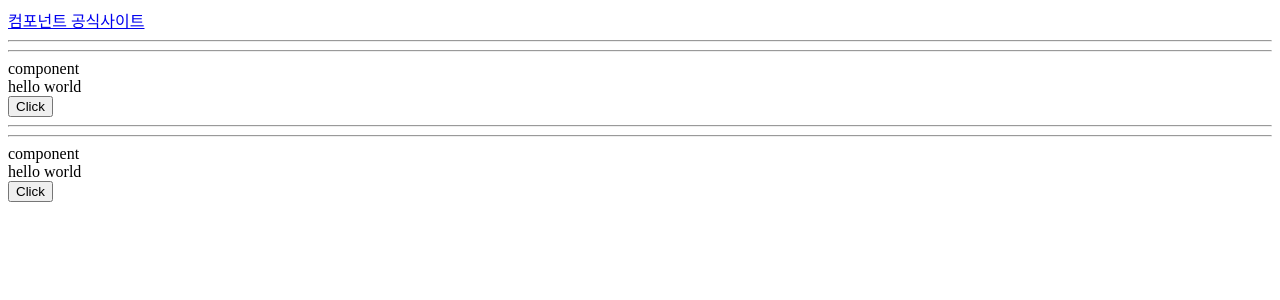
Repository: RyuGeunHwan/code_J
Page: Vuejs/22-08-10 vuejs Vue컴포넌트.html
An editor plug-in stored every save of this project. The page is shown before and after the next save, followed by the edit.
The browser window is 1280 px wide. The pictures show the whole page.

Above is the page before, as saved 2022-08-24 17:14:40.

### Vuejs/22-08-10 vuejs Vue컴포넌트.html
<!DOCTYPE html>
<html lang="en">
<head>
    <meta charset="UTF-8">
    <meta http-equiv="X-UA-Compatible" content="IE=edge">
    <meta name="viewport" content="width=device-width, initial-scale=1.0">
    <title>Vue 컴포넌트 전역등록 방법 및 사용</title>
    <script src="https://cdn.jsdelivr.net/npm/vue/dist/vue.js"></script>
</head>
<body>
    <a href="https://kr.vuejs.org/v2/guide/components.html#%EC%A0%84%EC%97%AD-%EB%93%B1%EB%A1%9D">컴포넌트 공식사이트</a>
    <hr>
    <div id="component">

       <componentExplanation></componentExplanation>

    </div>
    <hr>
    <div id="app">
        <!-- {{name}} <br>
         button을 누르게 되면 #app-1의 name인 app-1이 app updated로 바뀌게된다. Vue인스턴스를 변수에 넣어서 사용하였기 때문에.
        <button @click="changeText">Click</button> -->
        <!-- component의 사용은 설정해주었던 이름을 태그로 사용해주면 된다. -->
        <kossie-button></kossie-button>
    </div>
    <hr><hr>


    <div id="app-1">
       <!-- {{name}} <br>
        <button @click="changeText">Click</button>
        <kossie-button> 태그로 출력하는 kossie-button은 전역으로 등록한 component이다. -->
        <kossie-button></kossie-button>
    </div>


    <script>
        //vue인스턴스가 생성되기전에 Vue.component를 먼저 생성

        // hello world 컴포넌트 전역 등록
        // Vue.component('hello-world',{
        //     template:`<div>hello world</div>`
        // })


        // 컴포넌트 전역 등록(어떤 vue인스턴스에서도 사용가능)
        Vue.component('kossie-button',{
            //template안에는 html태그가 들어가게된다.
            template:
            //template는 하나의 태그안에 모든 콘텐츠들이 있어야한다는 vue의 규칙이 있다.
            `
            <div>
                {{name}} <br>
                <hello-world></hello-world>
                <button @click="changeText">Click</button>
            </div>
            `,

            //컴포넌트 만들때 data는 함수를 만들어서 Object를 return 해주면 된다.
            data(){
                return{
                    name: 'component'
                }
            },
            methods:{
                changeText(){
                    this.name = 'app updated'
               }
            }
        });

        Vue.component('componentExplanation',{
            template:
                `
                <div>
                    <h2>컴포넌트 이해하기</h2>
                    <p>컴포넌트 전역으로 등록해서 이용하기</p><br>
                    {{componentExplanation}}
                    <button @click="changeExplanation">Click</button>
                </div>
                `,
            data(){
                return{
                    componentExplanation: '컴포넌트란 '
                }
            },
            methods:{
                changeExplanation(){
                    this.changeExplanation = '이것은 컴포넌트여'
                }
            }
        });





        // hello world 지역등록
        const HelloWorld = {
            template: `<div>hello world</div>`

        };

        //지역 컴포넌트 등록
        const KossieButton = {
            components:{
                'hello-world' : HelloWorld
            },
            template:
            `
            <div>
                {{name}} <br>
                <hello-world></hello-world>
                <button @click="changeText">Click</button>
            </div>
            `,
            //컴포넌트 만들때 data는 함수를 만들어서 Object를 return 해주면 된다.
            data(){
                return{
                    name: 'component'
                }
            },
            methods:{
                changeText(){
                    this.name = 'app updated'
               }
            }
        }

        const app = new Vue({
            el: '#app',
            components: {
                'kossie-button' : KossieButton
            },
            data:{
              name: 'app'
            },
            methods:{
                changeText(){
                    this.name = 'app updated'
               }
            }
        })

       const app1 = new Vue({
            el: '#app-1',
            components: {
                //지역으로 등록한 component
                'kossie-button' : KossieButton
            },
            data:{
              name: 'app-1'
            },
            methods:{
               changeText(){
                    this.name = 'app-1 updated'
               }
            }
        });
    </script>
</body>
</html>

After the next save:
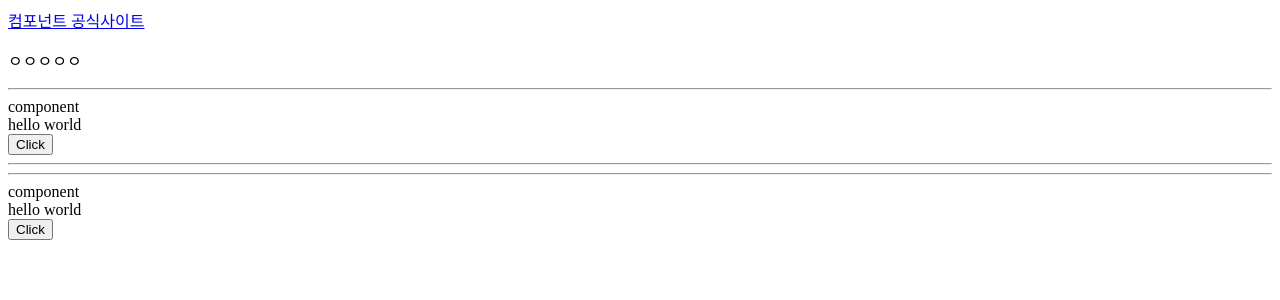
Saved 63 s later.
--- a/Vuejs/22-08-10 vuejs Vue컴포넌트.html
+++ b/Vuejs/22-08-10 vuejs Vue컴포넌트.html
@@ -9,11 +9,10 @@
 </head>
 <body>
     <a href="https://kr.vuejs.org/v2/guide/components.html#%EC%A0%84%EC%97%AD-%EB%93%B1%EB%A1%9D">컴포넌트 공식사이트</a>
-    <hr>
     <div id="component">
 
        <componentExplanation></componentExplanation>
-
+        <p>ㅇㅇㅇㅇㅇ</p>
     </div>
     <hr>
     <div id="app">
